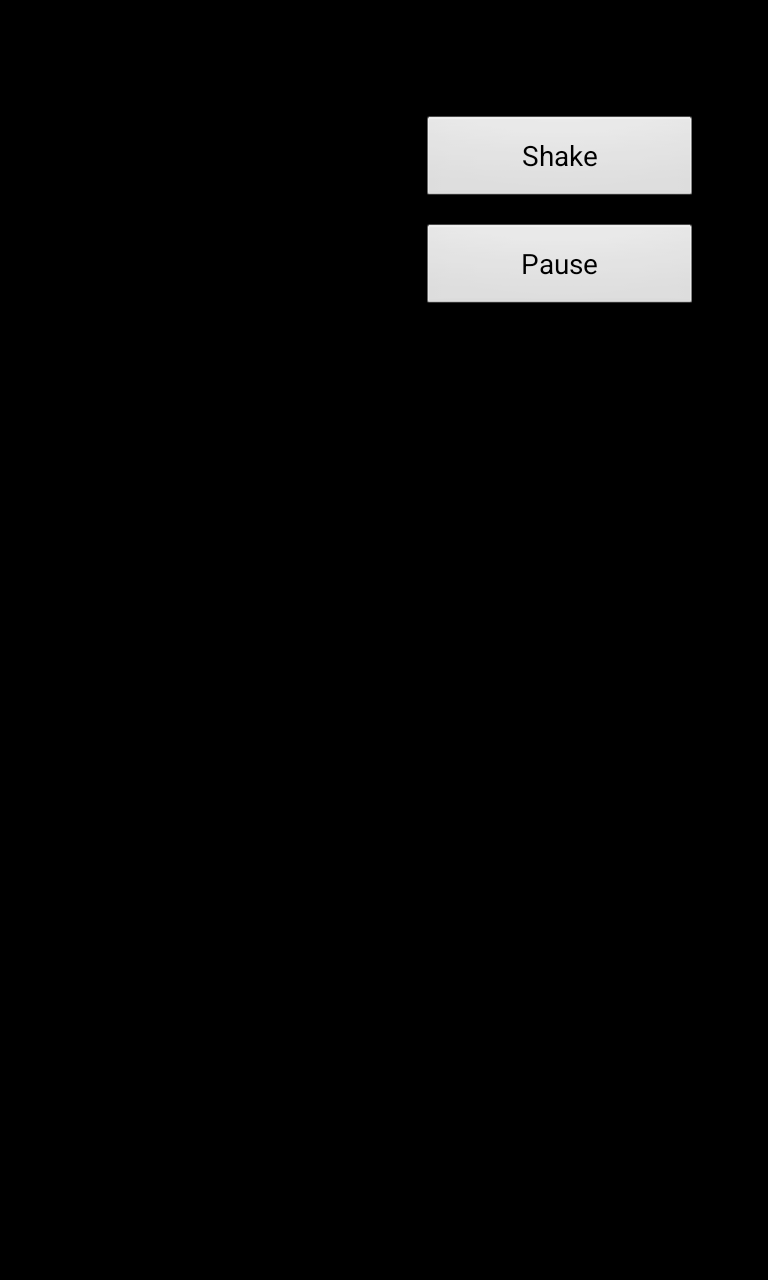
Repository: czxttkl/HelloMAD
Layout: edu.neu.madcourse.binbo.HelloMAD/res/layout/pb_game.xml
The author's editor kept a copy of each file at every save. The layout is drawn from the files as they stood at one save, then again after the next save.
It is drawn on a 768 x 1280 px phone screen (xhdpi) without system bars, with theme android:Theme; the app's code is not run. Lists and similar views that code fills are empty.

Above is the layout before, as saved 2012-10-20 21:15:29.

After the next save:
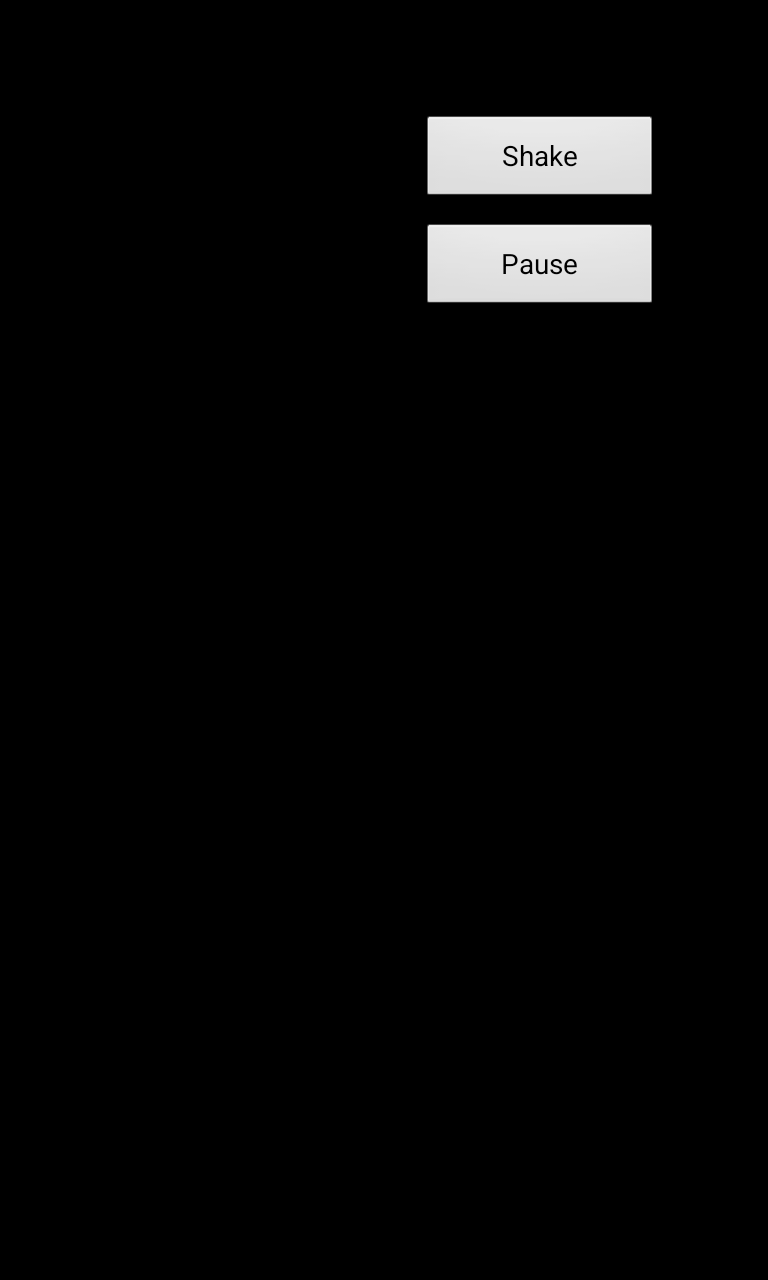
Saved 13 s later.
--- a/edu.neu.madcourse.binbo.HelloMAD/res/layout/pb_game.xml
+++ b/edu.neu.madcourse.binbo.HelloMAD/res/layout/pb_game.xml
@@ -131,7 +131,7 @@
         <LinearLayout
             xmlns:android="http://schemas.android.com/apk/res/android"
             android:id="@+id/linearLayoutControl"
-            android:layout_width="140dip"
+            android:layout_width="120dip"
             android:layout_height="fill_parent"
             android:layout_gravity="center"
             android:orientation="vertical" >
